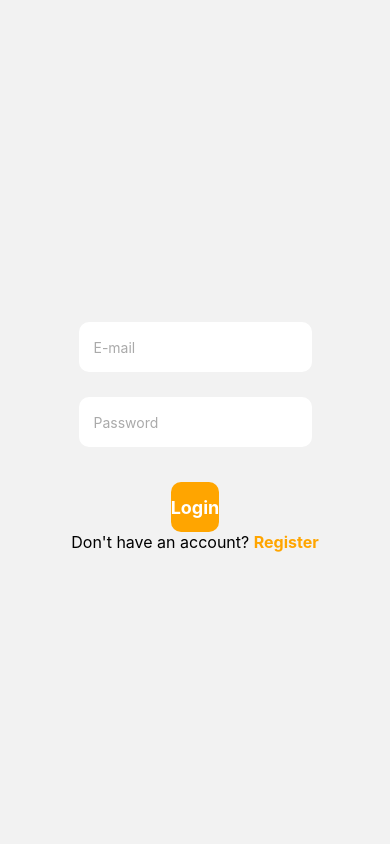
Repository: ds-mbappe/UpShoCal
Screen: /
These files come from the project's save history. The screen is drawn as it stood at one moment and after a run of saves; the edit follows.
The app was drawn by React Native's web renderer in a window 390 px wide. The project was rebuilt for these pictures with package versions that can differ from the ones it lists, and the page was loaded fresh each time. Also part of the build but not shown: data.js, Screens/Home.js, Screens/Product.js, Screens/Registration.js.

Above is the screen before, as saved 2022-06-07 13:42:26.

### App.js
import React, { useEffect, useState } from "react";
import { NavigationContainer } from "@react-navigation/native";
import { createNativeStackNavigator } from "@react-navigation/native-stack";
import { createDrawerNavigator } from "@react-navigation/drawer";
import Home from "./Screens/Home";
import Product from "./Screens/Product";
import Login from "./Screens/Login";
import Registration from "./Screens/Registration";

const Stack = createNativeStackNavigator();
const Drawer = createDrawerNavigator();

const Root = () => {
  return (
    <Stack.Navigator initialRouteName="Home">
      <Stack.Screen
        name="Root"
        component={Home}
        options={{ headerShown: false }}
      />
      <Stack.Screen
        name="Product"
        component={Product}
        options={{ headerShown: false }}
      />
    </Stack.Navigator>
  );
};

export default function App() {
  const [loading, setLoading] = useState(true);

  const [user, setUser] = useState(null);

  return (
    <NavigationContainer>
      <Stack.Navigator>
        {user ? (
          <Stack.Screen
            name="Root"
            component={Root}
            options={{ headerShown: false }}
          />
        ) : (
          <>
            <Stack.Screen
              name="Login"
              component={Login}
              options={{ headerShown: false }}
            />
            <Stack.Screen
              name="Registration"
              component={Registration}
              options={{ headerShown: false }}
            />
          </>
        )}
      </Stack.Navigator>
    </NavigationContainer>
    // <NavigationContainer>
    //   <Drawer.Navigator screenOptions={{ drawerPosition: "right" }}>
    //     <Drawer.Screen
    //       name="Home"
    //       component={Root}
    //       options={{ headerShown: false }}
    //     />
    //   </Drawer.Navigator>
    // </NavigationContainer>
  );
}

### Screens/Login.js
import {
  StyleSheet,
  Text,
  TextInput,
  TouchableOpacity,
  View,
  ScrollView,
} from "react-native";
import React, { useState } from "react";

const Login = ({ navigation }) => {
  const [email, setEmail] = useState("");

  const [password, setPassword] = useState("");

  const onFooterLinkPress = () => {
    navigation.navigate("Registration");
  };

  const onLoginPress = () => {
    console.log("Pressed");
  };

  return (
    <View style={styles.container}>
      <ScrollView
        style={{ flex: 1, width: "100%" }}
        contentContainerStyle={{ flexGrow: 1, justifyContent: "center" }}
      >
        <View style={styles.footerView}>
          <TextInput
            style={styles.input}
            placeholder="E-mail"
            placeholderTextColor="#AAAAAA"
            onChangeText={(text) => setEmail(text)}
            value={email}
            autoCapitalize="none"
          />
          <TextInput
            style={styles.input}
            placeholder="Password"
            placeholderTextColor="#AAAAAA"
            secureTextEntry={true}
            onChangeText={(text) => setPassword(text)}
            value={password}
            autoCapitalize="none"
          />
          <TouchableOpacity
            style={styles.button}
            onPress={() => onLoginPress()}
          >
            <Text style={styles.buttonTitle}>Login</Text>
          </TouchableOpacity>
          <Text style={styles.footerText}>
            Don't have an account?{" "}
            <Text style={styles.footerLink} onPress={onFooterLinkPress}>
              Register
            </Text>
          </Text>
        </View>
      </ScrollView>
    </View>
  );
};

export default Login;

const styles = StyleSheet.create({
  container: {
    flex: 1,
    justifyContent: "center",
    alignItems: "center",
  },
  input: {
    height: 50,
    borderRadius: 10,
    overflow: "hidden",
    backgroundColor: "white",
    marginTop: 10,
    marginBottom: 15,
    marginStart: 30,
    marginEnd: 30,
    paddingStart: 15,
  },
  button: {
    backgroundColor: "orange",
    marginStart: 30,
    marginEnd: 30,
    marginTop: 20,
    borderRadius: 10,
    height: 50,
    justifyContent: "center",
    alignItems: "center",
  },
  buttonTitle: {
    color: "white",
    fontSize: 18,
    fontWeight: "bold",
  },
  footerView: {
    flex: 1,
    justifyContent: "center",
    alignItems: "center",
    marginTop: 20,
  },
  footerText: {
    fontSize: 16,
    color: "black",
  },
  footerLink: {
    color: "orange",
    fontWeight: "bold",
    fontSize: 16,
  },
});

After the next 2 saves:
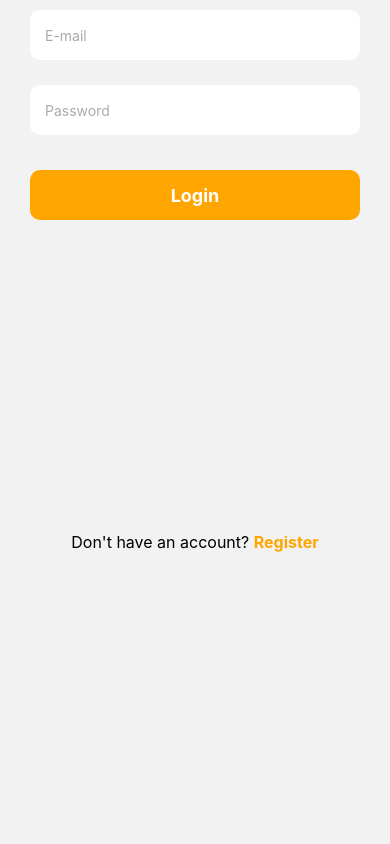
The 2 saves are shown as one change because they came seconds apart.
The last was saved 81 s later.
--- a/Screens/Login.js
+++ b/Screens/Login.js
@@ -27,30 +27,27 @@ const Login = ({ navigation }) => {
         style={{ flex: 1, width: "100%" }}
         contentContainerStyle={{ flexGrow: 1, justifyContent: "center" }}
       >
+        <TextInput
+          style={styles.input}
+          placeholder="E-mail"
+          placeholderTextColor="#AAAAAA"
+          onChangeText={(text) => setEmail(text)}
+          value={email}
+          autoCapitalize="none"
+        />
+        <TextInput
+          style={styles.input}
+          placeholder="Password"
+          placeholderTextColor="#AAAAAA"
+          secureTextEntry={true}
+          onChangeText={(text) => setPassword(text)}
+          value={password}
+          autoCapitalize="none"
+        />
+        <TouchableOpacity style={styles.button} onPress={() => onLoginPress()}>
+          <Text style={styles.buttonTitle}>Login</Text>
+        </TouchableOpacity>
         <View style={styles.footerView}>
-          <TextInput
-            style={styles.input}
-            placeholder="E-mail"
-            placeholderTextColor="#AAAAAA"
-            onChangeText={(text) => setEmail(text)}
-            value={email}
-            autoCapitalize="none"
-          />
-          <TextInput
-            style={styles.input}
-            placeholder="Password"
-            placeholderTextColor="#AAAAAA"
-            secureTextEntry={true}
-            onChangeText={(text) => setPassword(text)}
-            value={password}
-            autoCapitalize="none"
-          />
-          <TouchableOpacity
-            style={styles.button}
-            onPress={() => onLoginPress()}
-          >
-            <Text style={styles.buttonTitle}>Login</Text>
-          </TouchableOpacity>
           <Text style={styles.footerText}>
             Don't have an account?{" "}
             <Text style={styles.footerLink} onPress={onFooterLinkPress}>
